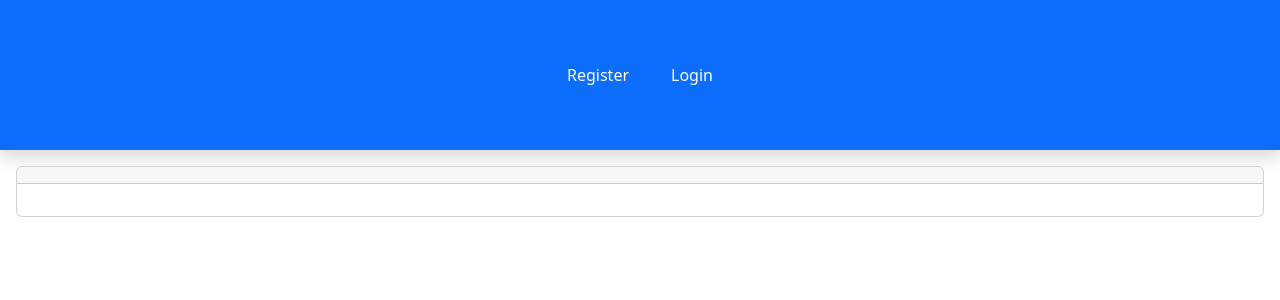
Repository: loveleii/firebase-login-logout
Page: /
These files come from the project's save history. The page is drawn as it stood at one moment and after the next save; the edit follows.
The browser window is 1280 px wide. The pictures show the whole page.
The project was rebuilt for these pictures with package versions that can differ from the ones it lists, and the page was loaded fresh each time. Also part of the build but not shown: vite.config.ts, src/views/loginView.vue, src/assets/main.css.

Above is the page before, as saved 2023-03-04 19:30:54.

### src/main.js
import { createApp } from 'vue'
import { createPinia } from 'pinia'

import App from './App.vue'
import router from './router'
import "bootstrap/dist/css/bootstrap.min.css"
import bootstrap from "bootstrap/dist/js/bootstrap.bundle.js"

import './assets/main.css'

const app = createApp(App)

app.use(createPinia())
app.use(router)

app.mount('#app')

### src/App.vue
<script setup lang="ts">
import { RouterLink, RouterView } from 'vue-router'

</script>

<template>
  <div>
        <header class="bg-primary p-5 shadow">
            <div class="container_header">
                <div class="d-flex">
                    <RouterLink to="/" style="text-decoration: none;"><text class="text-white m-2 btn btn-primary">Register</text></RouterLink>
                    <RouterLink to="/login" style="text-decoration: none;"><text class="text-white m-2 btn btn-primary">Login</text></RouterLink>
                </div>
            </div>
        </header>
    </div>
    <div class="center-container m-3 rounded text-center">
      <RouterView />
    </div>

</template>

<style>
.container_header{
  display: grid;
  place-content: center;
}

</style>

### src/router/index.js
import { createRouter, createWebHistory } from 'vue-router'
import registerView from '../views/registerView.vue'
import loginView from '../views/loginView.vue'

const router = createRouter({
  history: createWebHistory(import.meta.env.BASE_URL),
  routes: [
    {
      path: '/',
      name: 'reg',
      component: registerView
    },
    {
      path: '/login',
      name: 'log',
      component: loginView
    },

  ]
})

export default router

### src/views/registerView.vue
<template>
    <div class="card">
        <div class="card-header">

        </div>
        <div class="card-body">

        </div>
    </div>
</template>

<script>


</script>

Loaded but not shown: index.html (common file)

After the next save:
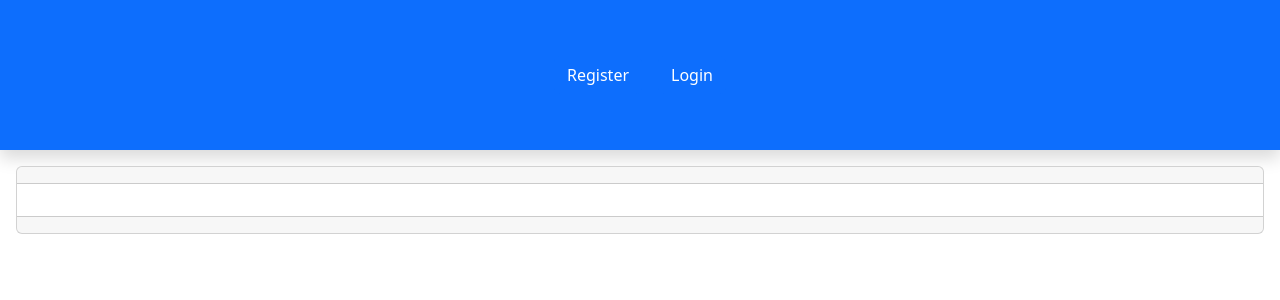
Saved 4 s later.
--- a/src/views/registerView.vue
+++ b/src/views/registerView.vue
@@ -4,6 +4,9 @@
 
         </div>
         <div class="card-body">
+
+        </div>
+        <div class="card-footer">
 
         </div>
     </div>
